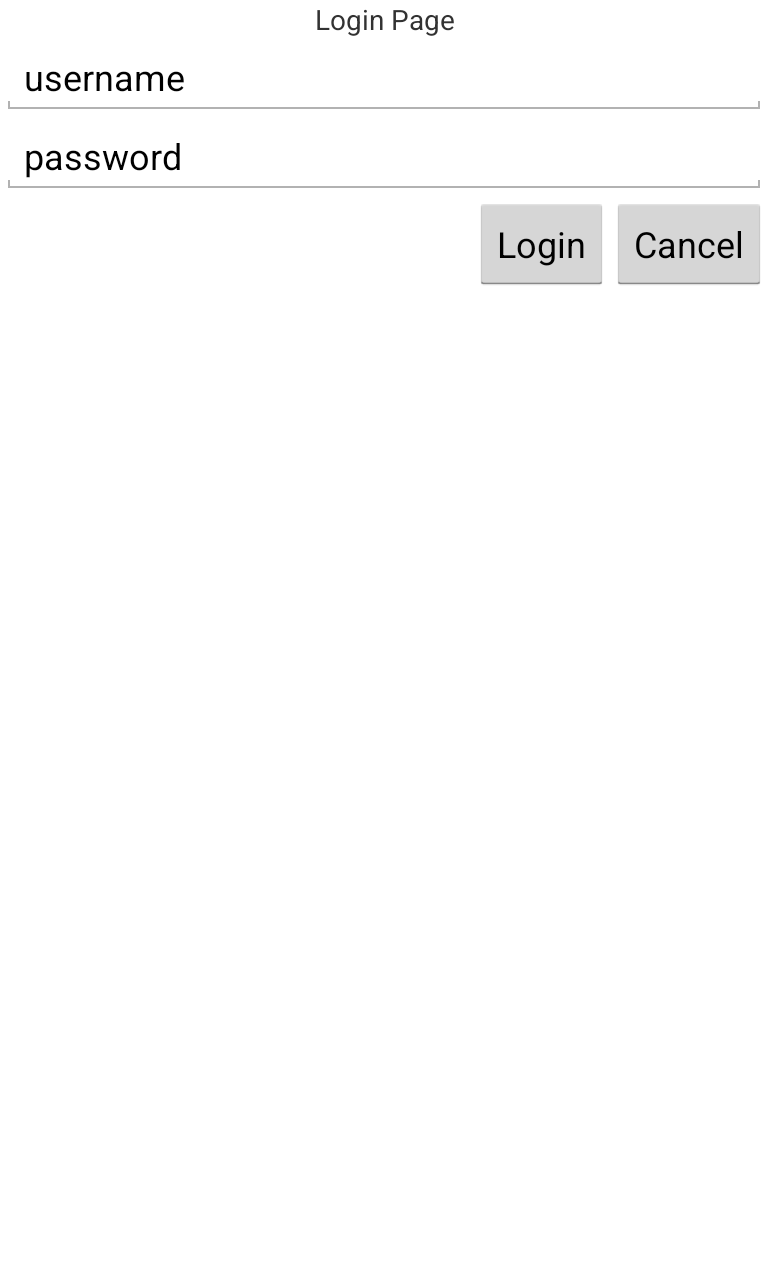
Repository: founderzhl/MarsAndroid
Layout: S01_E15_RelativeLayout02/res/layout/activity_main.xml
These files come from the project's save history. The layout is drawn as it stood at one moment and after the next save; the edit follows.
It is drawn on a 768 x 1280 px phone screen (xhdpi) without system bars, with theme AppTheme; the app's code is not run.

Above is the layout before, as saved 2015-01-22 16:24:01.

### S01_E15_RelativeLayout02/res/layout/activity_main.xml
<RelativeLayout xmlns:android="http://schemas.android.com/apk/res/android"
    xmlns:tools="http://schemas.android.com/tools"
    android:layout_width="match_parent"
    android:layout_height="match_parent" >

    <TextView
        android:id="@+id/labelView"
        android:layout_width="match_parent"
        android:layout_height="wrap_content"
        android:gravity="center"
        android:text="Login Page" />

        <EditText
        android:id="@+id/usernameText"
        android:layout_width="wrap_content"
        android:layout_height="wrap_content"
        android:text="username"
        android:layout_below="@id/labelView"
        android:layout_alignParentLeft="true"
        android:layout_alignParentRight="true" />

        <EditText
        android:id="@+id/passwordText"
        android:layout_width="wrap_content"
        android:layout_height="wrap_content"
        android:text="password"
        android:layout_below="@id/usernameText"
        android:layout_alignLeft="@id/usernameText"
        android:layout_alignRight="@id/usernameText" />

        <Button
            android:id="@+id/cancelButton"
            android:layout_width="wrap_content"
            android:layout_height="wrap_content"
            android:layout_alignParentRight="true"
            android:layout_below="@+id/passwordText"
            android:text="Cancel" />

        <Button
            android:id="@+id/loginButton"
            android:layout_width="wrap_content"
            android:layout_height="wrap_content"
            android:layout_alignBaseline="@+id/cancelButton"
            android:layout_alignBottom="@+id/cancelButton"
            android:layout_toLeftOf="@+id/cancelButton"
            android:text="Login" />

</RelativeLayout>

Loaded but not shown: S01_E15_RelativeLayout02/res/values/styles.xml (common file); S01_E15_RelativeLayout02/res/values-v11/styles.xml (common file); S01_E15_RelativeLayout02/res/values-v14/styles.xml (common file)

After the next save:
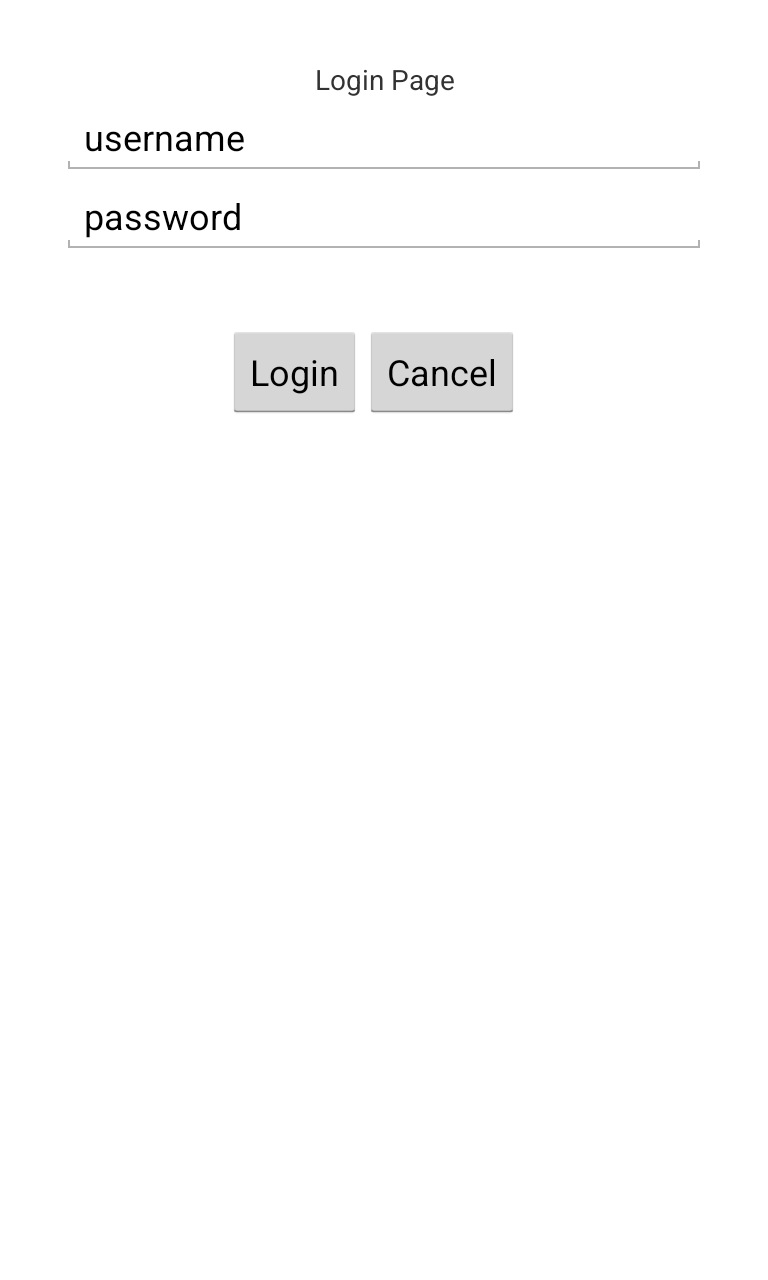
Saved 76 s later.
--- a/S01_E15_RelativeLayout02/res/layout/activity_main.xml
+++ b/S01_E15_RelativeLayout02/res/layout/activity_main.xml
@@ -1,7 +1,8 @@
 <RelativeLayout xmlns:android="http://schemas.android.com/apk/res/android"
     xmlns:tools="http://schemas.android.com/tools"
     android:layout_width="match_parent"
-    android:layout_height="match_parent" >
+    android:layout_height="match_parent"
+    android:padding="30dp" >
 
     <TextView
         android:id="@+id/labelView"
@@ -32,8 +33,9 @@
             android:id="@+id/cancelButton"
             android:layout_width="wrap_content"
             android:layout_height="wrap_content"
-            android:layout_alignParentRight="true"
             android:layout_below="@+id/passwordText"
+            android:layout_marginTop="34dp"
+            android:layout_toRightOf="@+id/loginButton"
             android:text="Cancel" />
 
         <Button
@@ -42,7 +44,8 @@
             android:layout_height="wrap_content"
             android:layout_alignBaseline="@+id/cancelButton"
             android:layout_alignBottom="@+id/cancelButton"
-            android:layout_toLeftOf="@+id/cancelButton"
+            android:layout_alignParentLeft="true"
+            android:layout_marginLeft="83dp"
             android:text="Login" />
 
 </RelativeLayout>
